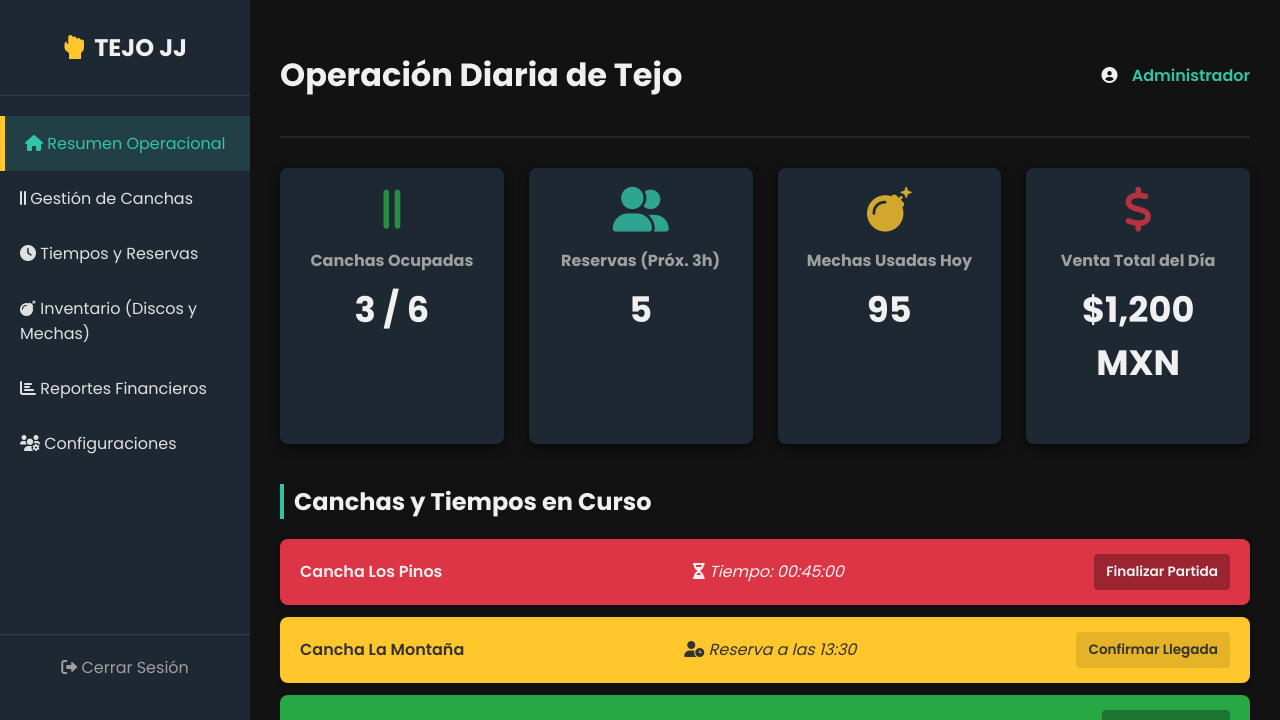
Repository: julianvargas55/ProyectoFormativoBilliarJJ
Page: http://localhost/administrador/indextejo
An editor plug-in stored every save of this project. The page is shown before and after the next save, followed by the edit.
The browser window is 1280 px wide. The pictures show the whole page.
An inner scrolling area shows only its first screen. The page is this project's Thymeleaf template; nobody is signed in. The template is opened directly, without the code that normally fills it, so the values that code supplies are empty.

Above is the page before, as saved 2025-10-10 19:53:01.

After the next save:
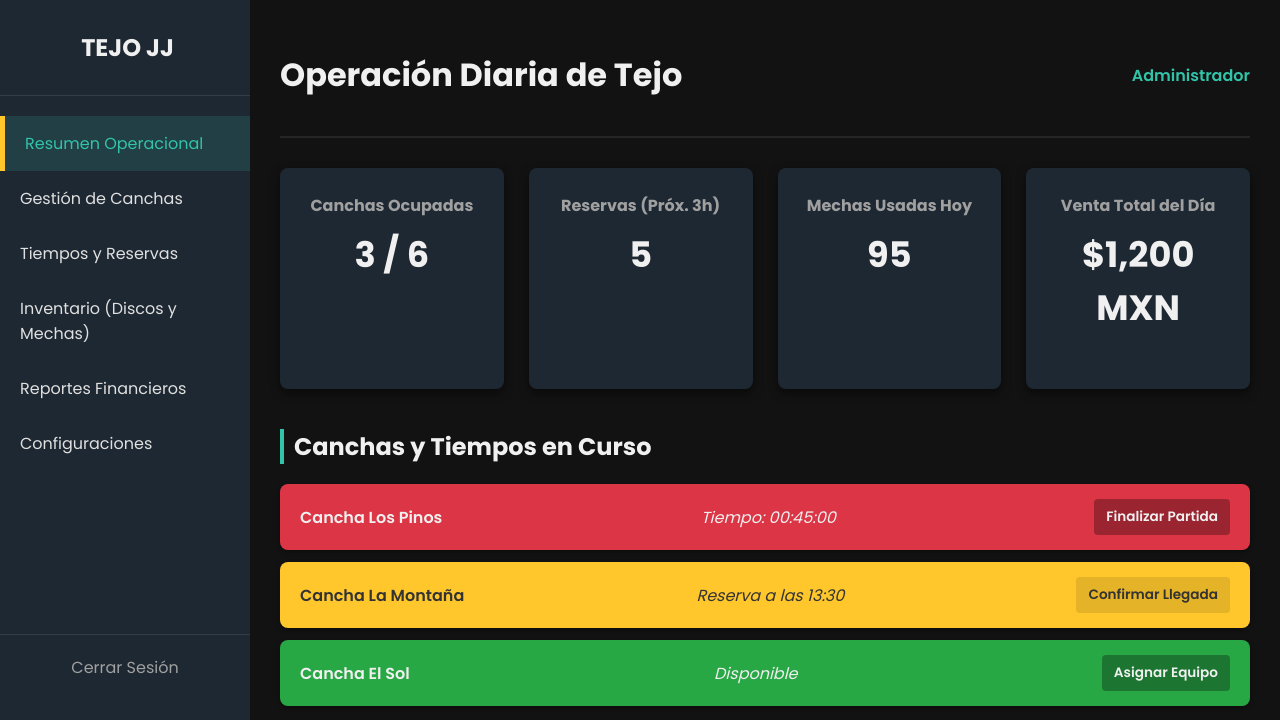
Saved 2 min 51 s later.
--- a/test/src/main/resources/templates/administrador/indextejo.html
+++ b/test/src/main/resources/templates/administrador/indextejo.html
@@ -4,8 +4,8 @@
     <meta charset="UTF-8">
     <meta name="viewport" content="width=device-width, initial-scale=1.0">
     <title>Dashboard Integral | TEJO JJ</title>
-    <link rel="stylesheet" href="/assets/css/tejo.css">
-    <link rel="stylesheet" href="https://cdnjs.cloudflare.com/ajax/libs/font-awesome/6.0.0-beta3/css/all.min.css">
+    <link rel="stylesheet" th:href="@{/assets/css/tejo.css}">
+
 </head>
 <body>
     <div class="main-dashboard-container">
@@ -16,20 +16,20 @@
             </div>
             <nav>
                 <ul>
-                    <li class="active"><a href="#"><i class="fas fa-home"></i> Resumen Operacional</a></li>
+                    <li class="active"><a th:href="@{/#}"><i class="fas fa-home"></i> Resumen Operacional</a></li>
 
-                    <li><a href="#"><i class="fas fa-grip-lines-vertical"></i> Gestión de Canchas</a></li>
+                    <li><a th:href="@{/#}"><i class="fas fa-grip-lines-vertical"></i> Gestión de Canchas</a></li>
 
-                    <li><a href="#"><i class="fas fa-clock"></i> Tiempos y Reservas</a></li>
+                    <li><a th:href="@{/#}"><i class="fas fa-clock"></i> Tiempos y Reservas</a></li>
 
-                    <li><a href="#"><i class="fas fa-bomb"></i> Inventario (Discos y Mechas)</a></li>
+                    <li><a th:href="@{/#}"><i class="fas fa-bomb"></i> Inventario (Discos y Mechas)</a></li>
 
-                    <li><a href="#"><i class="fas fa-chart-bar"></i> Reportes Financieros</a></li>
-                    <li><a href="#"><i class="fas fa-users-cog"></i> Configuraciones</a></li>
+                    <li><a th:href="@{/#}"><i class="fas fa-chart-bar"></i> Reportes Financieros</a></li>
+                    <li><a th:href="@{/#}"><i class="fas fa-users-cog"></i> Configuraciones</a></li>
                 </ul>
             </nav>
             <div class="sidebar-footer">
-                <a href="#"><i class="fas fa-sign-out-alt"></i> Cerrar Sesión</a>
+                <a th:href="@{/#}"><i class="fas fa-sign-out-alt"></i> Cerrar Sesión</a>
             </div>
         </aside>
 
